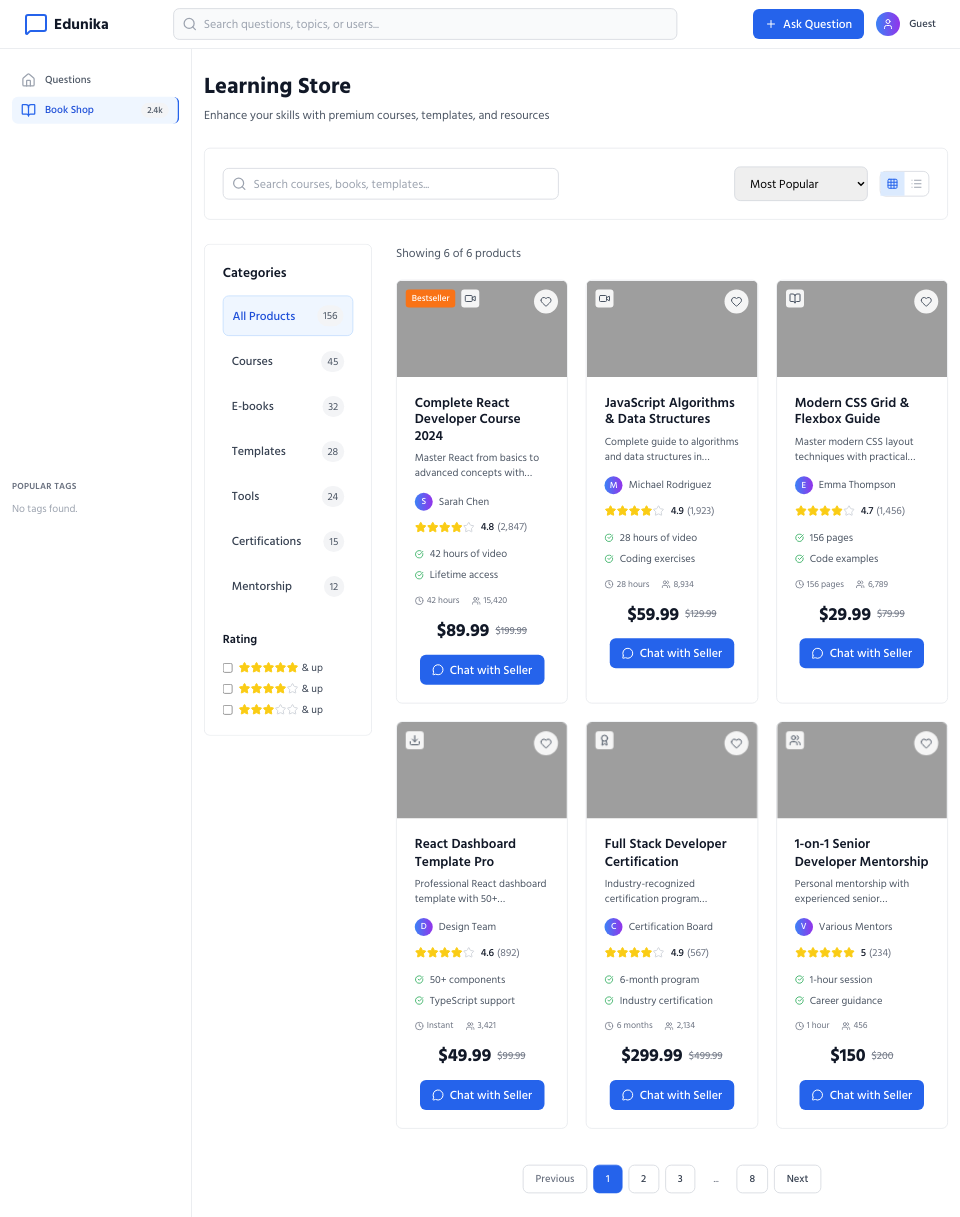
Repository: Ruddro420/forum-front-end
Page: /shop
These files come from the project's save history. The page is drawn as it stood at one moment and after the next save; the edit follows.
The browser window is 1280 px wide. The pictures show the whole page, at 75% of full size.
Pictures or frames that could not be fetched are drawn as grey boxes. The page's requests for data from a server got no answer. The project was rebuilt for these pictures with package versions that can differ from the ones it lists, and the page was loaded fresh each time. No one was signed in, and anything a server would have sent is missing. Also part of the build but not shown: vite.config.js, src/Pages/Home.jsx, src/components/FilterBar.jsx, src/components/ActivityFeed.jsx, src/components/StatsWidget.jsx, src/components/Question/QuestionCard.jsx, src/components/Question/QuestionList.jsx, src/Pages/ForumPage.jsx and 11 more.

Above is the page before, as saved 2025-08-08 01:04:32.

### index.html
<!doctype html>
<html lang="en" data-theme="light">

<head>
  <meta charset="UTF-8" />
  <link rel="icon" type="image/svg+xml" href="/vite.svg" />
  <meta name="viewport" content="width=device-width, initial-scale=1.0" />
  <link rel="preconnect" href="https://fonts.googleapis.com">
  <link rel="preconnect" href="https://fonts.gstatic.com" crossorigin>
  <link href="https://fonts.googleapis.com/css2?family=Hind+Siliguri:wght@300;400;500;600;700&display=swap"
    rel="stylesheet">
  <style>
    body {
      font-family: "Hind Siliguri", sans-serif !important;
    }
  </style>
  <title>Edunika</title>
</head>

<body>
  <div id="root"></div>
  <script type="module" src="/src/main.jsx"></script>
</body>

</html>

### src/main.jsx
import { StrictMode } from 'react'
import { createRoot } from 'react-dom/client'
import './index.css'
import { createBrowserRouter, RouterProvider } from "react-router";
import MainLayout from './Layouts/MainLayout';
import Home from './Pages/Home';
import ForumPage from './Pages/ForumPage';
import AskQuestion from './Pages/AskQuestion';
import ShopPage from './Pages/ShopPage';
import QuestionDetail from './Pages/QuestionDetail';
import ChatInterface from './Pages/ChatInterface';
import StudentProfile from './Pages/StudentProfile';
import StudentDashboard from './Pages/StudentDashboard';
import Register from './Pages/Register';
import Login from './Pages/Login';
import PrivateRoute from './Auth/PrivateRoute';
import { AuthProvider } from './Auth/context/AuthContext';
import Categories from './Pages/Categories';

const router = createBrowserRouter([
  {
    path: "",
    element: <MainLayout />,
    children: [
      { path: "/", element: <ForumPage /> },
      { path: "/questions", element: <ForumPage /> },
      { path: "/shop", element: <ShopPage /> },
      { path: "/category/:id", element: <Categories /> },
    ]
  },
  {
    path: "",
    element: <PrivateRoute><MainLayout /></PrivateRoute>,
    children: [
      { path: "/ask-question", element: <AskQuestion /> },
      { path: "/question-detail/:id", element: <QuestionDetail /> },
      { path: "/chat/", element: <ChatInterface /> },
      { path: "/profile", element: <StudentProfile /> },
      { path: "/dashboard", element: <StudentDashboard /> },

    ]
  },
  { path: "/register", element: <Register /> },
  { path: "/login", element: <Login /> }
]);

createRoot(document.getElementById('root')).render(
  <StrictMode>
    <AuthProvider>
      <RouterProvider router={router} />
    </AuthProvider>
  </StrictMode>,
)

### src/index.css
@tailwind base;
@tailwind components;
@tailwind utilities;
/* @import url('https://fonts.googleapis.com/css2?family=Hind+Siliguri:wght@300;400;500;600;700&display=swap'); */






/* :root {
  font-family: system-ui, Avenir, Helvetica, Arial, sans-serif;
  line-height: 1.5;
  font-weight: 400;

  color-scheme: light dark;
  color: rgba(255, 255, 255, 0.87);
  background-color: #242424;

  font-synthesis: none;
  text-rendering: optimizeLegibility;
  -webkit-font-smoothing: antialiased;
  -moz-osx-font-smoothing: grayscale;
}

@media (prefers-color-scheme: light) {
  :root {
    color: #213547;
    background-color: #ffffff;
  }
  a:hover {
    color: #747bff;
  }
  button {
    background-color: #f9f9f9;
  }
}
 */

### src/Layouts/MainLayout.jsx
import { useState } from "react";
import Header from "./Header";
import { Outlet } from "react-router";
import Sidebar from "./Sidebar";
import { Toaster } from "react-hot-toast";
import ScrollToTop from "../components/ScrollToTop";
import { useAuth } from "../Auth/context/AuthContext";


const MainLayout = () => {
  const [isSidebarOpen, setIsSidebarOpen] = useState(false);
  const { user, logout } = useAuth();

  return (
    <>
      <ScrollToTop />
      {/* {user ? (
        <>
          <span className="text-gray-700">Hi, {user.name}</span>
          <button
            onClick={logout}
            className="bg-red-500 text-white px-3 py-1 rounded hover:bg-red-600"
          >
            Logout
          </button>
        </>
      ) : (
        <a href="/login" className="text-blue-600">Login</a>
      )} */}
      <Header
        onMenuToggle={() => setIsSidebarOpen(!isSidebarOpen)}
        isMenuOpen={isSidebarOpen}
      />
      <div className="flex">
        <Sidebar
          isOpen={isSidebarOpen}
          onClose={() => setIsSidebarOpen(false)}
        />
        <main className="flex-1 lg:ml-0">
          <Outlet />
        </main>
      </div>
      <Toaster position='top-center' />
    </>
  );
};

export default MainLayout;

### src/Pages/ShopPage.jsx
import { useState } from 'react';
import {
  MessageCircle,
  Star,
  Search,
  Grid,
  List,
  Heart,
  Award,
  BookOpen,
  Video,
  Download,
  Clock,
  Users,
  CheckCircle
} from 'lucide-react';
import productlist from '../../public/data/productList.json'
import { useNavigate } from 'react-router';

const ShopPage = () => {
  const [viewMode, setViewMode] = useState('grid'); // Removed TS type
  const [selectedCategory, setSelectedCategory] = useState('all');
  const [sortBy, setSortBy] = useState('popular');

  const navigate = useNavigate();

  /* fetch data from json */
  const categories = productlist?.categories;
  const products = productlist?.products;

  const filteredProducts = products.filter(product =>
    selectedCategory === 'all' || product.category === selectedCategory
  );

  const getProductIcon = (type) => {
    switch (type) {
      case 'course': return Video;
      case 'ebook': return BookOpen;
      case 'template': return Download;
      case 'certification': return Award;
      case 'mentorship': return Users;
      default: return BookOpen;
    }
  };

  return (
    <div className=" mx-auto px-4 py-8">
      {/* Header */}
      <div className="mb-8">
        <h1 className="text-3xl font-bold text-gray-900 mb-2">Learning Store</h1>
        <p className="text-gray-600">Enhance your skills with premium courses, templates, and resources</p>
      </div>

      {/* Filters */}
      <div className="bg-white rounded-lg border border-gray-200 p-6 mb-8">
        <div className="flex flex-col lg:flex-row lg:items-center lg:justify-between space-y-4 lg:space-y-0">
          {/* Search */}
          <div className="flex-1 max-w-md">
            <div className="relative">
              <Search className="h-5 w-5 absolute left-3 top-1/2 transform -translate-y-1/2 text-gray-400" />
              <input
                type="text"
                placeholder="Search courses, books, templates..."
                className="w-full pl-10 pr-4 py-2 border border-gray-300 rounded-lg focus:outline-none focus:ring-2 focus:ring-blue-500"
              />
            </div>
          </div>

          {/* Controls */}
          <div className="flex items-center space-x-4">
            <select
              value={sortBy}
              onChange={(e) => setSortBy(e.target.value)}
              className="px-4 py-2 border border-gray-300 rounded-lg focus:outline-none focus:ring-2 focus:ring-blue-500"
            >
              <option value="popular">Most Popular</option>
              <option value="newest">Newest</option>
              <option value="price-low">Price: Low to High</option>
              <option value="price-high">Price: High to Low</option>
              <option value="rating">Highest Rated</option>
            </select>

            <div className="flex border border-gray-300 rounded-lg">
              <button
                onClick={() => setViewMode('grid')}
                className={`p-2 ${viewMode === 'grid' ? 'bg-blue-100 text-blue-600' : 'text-gray-400'}`}
              >
                <Grid className="h-4 w-4" />
              </button>
              <button
                onClick={() => setViewMode('list')}
                className={`p-2 ${viewMode === 'list' ? 'bg-blue-100 text-blue-600' : 'text-gray-400'}`}
              >
                <List className="h-4 w-4" />
              </button>
            </div>
          </div>
        </div>
      </div>

      <div className="grid grid-cols-1 lg:grid-cols-4 gap-8">
        {/* Sidebar */}
        <div className="lg:col-span-1">
          <div className="bg-white rounded-lg border border-gray-200 p-6 sticky top-8">
            <h3 className="text-lg font-semibold text-gray-900 mb-4">Categories</h3>
            <div className="space-y-2">
              {categories.map((category) => (
                <button
                  key={category.id}
                  onClick={() => setSelectedCategory(category.id)}
                  className={`w-full flex items-center justify-between p-3 rounded-lg text-left transition-colors ${selectedCategory === category.id
                      ? 'bg-blue-50 text-blue-700 border border-blue-200'
                      : 'hover:bg-gray-50 text-gray-700'
                    }`}
                >
                  <span className="font-medium">{category.name}</span>
                  <span className="text-sm bg-gray-100 text-gray-600 px-2 py-1 rounded-full">
                    {category.count}
                  </span>
                </button>
              ))}
            </div>



            {/* Rating Filter */}
            <div className="mt-8">
              <h4 className="font-semibold text-gray-900 mb-4">Rating</h4>
              <div className="space-y-2">
                {[5, 4, 3].map((rating) => (
                  <label key={rating} className="flex items-center">
                    <input type="checkbox" className="rounded border-gray-300 text-blue-600 focus:ring-blue-500" />
                    <div className="ml-2 flex items-center">
                      {[...Array(5)].map((_, i) => (
                        <Star
                          key={i}
                          className={`h-4 w-4 ${i < rating ? 'text-yellow-400 fill-current' : 'text-gray-300'}`}
                        />
                      ))}
                      <span className="ml-1 text-sm text-gray-700">& up</span>
                    </div>
                  </label>
                ))}
              </div>
            </div>
          </div>
        </div>

        {/* Products */}
        <div className="lg:col-span-3">
          <div className="mb-6 flex items-center justify-between">
            <p className="text-gray-600">
              Showing {filteredProducts.length} of {products.length} products
            </p>
          </div>

          <div className={viewMode === 'grid' ? 'grid grid-cols-1 md:grid-cols-2 xl:grid-cols-3 gap-6' : 'space-y-6'}>
            {filteredProducts.map((product) => {
              const ProductIcon = getProductIcon(product.type);

              return (
                <div key={product.id} className={`bg-white rounded-lg border border-gray-200 overflow-hidden hover:shadow-lg transition-shadow ${viewMode === 'list' ? 'flex' : ''
                  }`}>
                  {/* Image */}
                  <div className={`relative ${viewMode === 'list' ? 'w-48 flex-shrink-0' : 'aspect-video'}`}>
                    <img
                      src={product.image}
                      alt={product.title}
                      className="w-full h-full object-cover"
                    />
                    <div className="absolute top-3 left-3 flex space-x-2">
                      {product.bestseller && (
                        <span className="bg-orange-500 text-white px-2 py-1 rounded text-xs font-medium">
                          Bestseller
                        </span>
                      )}
                      <div className="bg-white bg-opacity-90 p-1 rounded">
                        <ProductIcon className="h-4 w-4 text-gray-600" />
                      </div>
                    </div>
                    <button className="absolute top-3 right-3 p-2 bg-white bg-opacity-90 rounded-full hover:bg-white transition-colors">
                      <Heart className="h-4 w-4 text-gray-600" />
                    </button>
                  </div>

                  {/* Content */}
                  <div className="p-6 flex-1">
                    <div className="flex items-start justify-between mb-2">
                      <h3 className="font-semibold text-gray-900 text-lg leading-tight">
                        {product.title}
                      </h3>
                    </div>

                    <p className="text-gray-600 text-sm mb-4 line-clamp-2">
                      {product.description}
                    </p>

                    {/* Instructor */}
                    <div className="flex items-center mb-3">
                      <div className="w-6 h-6 rounded-full bg-gradient-to-r from-blue-500 to-purple-600 flex items-center justify-center text-white text-xs font-medium">
                        {product.instructor?.name?.charAt(0)}
                      </div>
                      <span className="ml-2 text-sm text-gray-600">{product?.instructor?.name}</span>
                    </div>

                    {/* Rating */}
                    <div className="flex items-center mb-4">
                      <div className="flex items-center">
                        {[...Array(5)].map((_, i) => (
                          <Star
                            key={i}
                            className={`h-4 w-4 ${i < Math.floor(product.rating) ? 'text-yellow-400 fill-current' : 'text-gray-300'}`}
                          />
                        ))}
                      </div>
                      <span className="ml-2 text-sm font-medium text-gray-900">{product.rating}</span>
                      <span className="ml-1 text-sm text-gray-500">({product.reviews.toLocaleString()})</span>
                    </div>

                    {/* Features */}
                    <div className="space-y-2 mb-4">
                      {product.features.slice(0, 2).map((feature, index) => (
                        <div key={index} className="flex items-center text-sm text-gray-600">
                          <CheckCircle className="h-3 w-3 text-green-600 mr-2" />
                          {feature}
                        </div>
                      ))}
                    </div>

                    {/* Meta Info */}
                    <div className="flex items-center space-x-4 text-xs text-gray-500 mb-4">
                      <div className="flex items-center">
                        <Clock className="h-3 w-3 mr-1" />
                        {product.duration}
                      </div>
                      <div className="flex items-center">
                        <Users className="h-3 w-3 mr-1" />
                        {product.students.toLocaleString()}
                      </div>
                    </div>

                    {/* Price & Action */}
                    <div className="flex flex-col gap-4 items-center justify-between">
                      <div className="flex items-center space-x-2">
                        <span className="text-2xl font-bold text-gray-900">${product.price}</span>
                        {product.originalPrice > product.price && (
                          <span className="text-sm text-gray-500 line-through">${product.originalPrice}</span>
                        )}
                      </div>
                      <button onClick={() => navigate(`/chat/?seller=${product?.instructor?.id}`)} className="bg-blue-600 hover:bg-blue-700 text-white px-4 py-2 rounded-lg font-medium transition-colors flex items-center">
                        <MessageCircle className="h-4 w-4 mr-2" />
                        Chat with Seller
                      </button>
                    </div>
                  </div>
                </div>
              );
            })}
          </div>

          {/* Pagination */}
          <div className="mt-12 flex items-center justify-center space-x-2">
            <button className="px-4 py-2 text-sm font-medium text-gray-500 bg-white border border-gray-300 rounded-lg hover:bg-gray-50">
              Previous
            </button>
            <button className="px-4 py-2 text-sm font-medium text-white bg-blue-600 border border-blue-600 rounded-lg">
              1
            </button>
            <button className="px-4 py-2 text-sm font-medium text-gray-700 bg-white border border-gray-300 rounded-lg hover:bg-gray-50">
              2
            </button>
            <button className="px-4 py-2 text-sm font-medium text-gray-700 bg-white border border-gray-300 rounded-lg hover:bg-gray-50">
              3
            </button>
            <span className="px-4 py-2 text-sm text-gray-500">...</span>
            <button className="px-4 py-2 text-sm font-medium text-gray-700 bg-white border border-gray-300 rounded-lg hover:bg-gray-50">
              8
            </button>
            <button className="px-4 py-2 text-sm font-medium text-gray-700 bg-white border border-gray-300 rounded-lg hover:bg-gray-50">
              Next
            </button>
          </div>
        </div>
      </div>
    </div>
  );
};

export default ShopPage;

### src/Layouts/Header.jsx
import React, { useState } from 'react';
import { Search, Bell, MessageSquare, User, Menu, X, Plus } from 'lucide-react';
import { useNavigate } from 'react-router';
import { useAuth } from '../Auth/context/AuthContext';

const Header = ({ onMenuToggle, isMenuOpen }) => {
  const [isSearchFocused, setIsSearchFocused] = useState(false);
  const navigate = useNavigate();
  // load users
  const {user} = useAuth();
  // console.log(user);


  return (
    <header className="bg-white border-b border-gray-200 sticky top-0 z-[999]">
      <div className=" mx-auto px-4 sm:px-6 lg:px-8">
        <div className="flex justify-between items-center h-16">
          {/* Logo and Mobile Menu */}
          <div className="flex items-center">
            <button
              onClick={onMenuToggle}
              className="lg:hidden p-2 rounded-md text-gray-400 hover:text-gray-500 hover:bg-gray-100 transition-colors"
            >
              {isMenuOpen ? <X className="h-6 w-6" /> : <Menu className="h-6 w-6" />}
            </button>
            <div className="flex items-center ml-2 lg:ml-0">
              <MessageSquare className="h-8 w-8 text-blue-600" />
              <span className="ml-2 text-xl font-bold text-gray-900">Edunika</span>
            </div>
          </div>

          {/* Search Bar */}
          <div className="flex-1 max-w-2xl mx-8 hidden md:block">
            <div className="relative">
              <div className="absolute inset-y-0 left-0 pl-3 flex items-center pointer-events-none">
                <Search className={`h-5 w-5 transition-colors ${isSearchFocused ? 'text-blue-500' : 'text-gray-400'}`} />
              </div>
              <input
                type="text"
                placeholder="Search questions, topics, or users..."
                className="block w-full pl-10 pr-4 py-2 border border-gray-300 rounded-lg bg-gray-50 focus:outline-none focus:ring-2 focus:ring-blue-500 focus:border-transparent focus:bg-white transition-all"
                onFocus={() => setIsSearchFocused(true)}
                onBlur={() => setIsSearchFocused(false)}
              />
            </div>
          </div>

          {/* Actions */}
          <div className="flex items-center space-x-4">
            <button className="md:hidden p-2 text-gray-400 hover:text-gray-500">
              <Search className="h-5 w-5" />
            </button>

            <button onClick={()=>navigate("/ask-question")} className="bg-blue-600 hover:bg-blue-700 text-white px-4 py-2 rounded-lg font-medium transition-colors flex items-center">
              <Plus className="h-4 w-4 mr-2" />
              <span className="hidden sm:inline">Ask Question</span>
            </button>

            {/* <button className="p-2 text-gray-400 hover:text-gray-500 relative">
              <Bell className="h-5 w-5" />
              <span className="absolute -top-1 -right-1 h-4 w-4 bg-red-500 rounded-full text-xs text-white flex items-center justify-center">3</span>
            </button> */}

            <div onClick={()=>navigate("/profile")} className="flex items-center space-x-3 cursor-pointer">
              <div className="w-8 h-8 bg-gradient-to-r from-blue-500 to-purple-600 rounded-full flex items-center justify-center">
                <User className="h-4 w-4 text-white" />
              </div>
              <span className="hidden sm:block text-sm font-medium text-gray-700">{user?.first_name ? user?.first_name : 'Guest'}</span>
            </div>
          </div>
        </div>
      </div>
    </header>
  );
};

export default Header;

### src/components/ScrollToTop.jsx
import { useEffect } from 'react';
import { useLocation } from 'react-router';

const ScrollToTop = () => {
  const { pathname } = useLocation();

  useEffect(() => {
    window.scrollTo({
      top: 0,
      behavior: 'smooth', // or 'auto' if you want instant scroll
    });
  }, [pathname]);

  return null;
};

export default ScrollToTop;

Loaded but not shown: tailwind.config.js (common file); public/data/productList.json (192 lines, source omitted); src/Auth/context/AuthContext.jsx (178 lines, source omitted); src/Layouts/Sidebar.jsx (138 lines, source omitted)

After the next save:
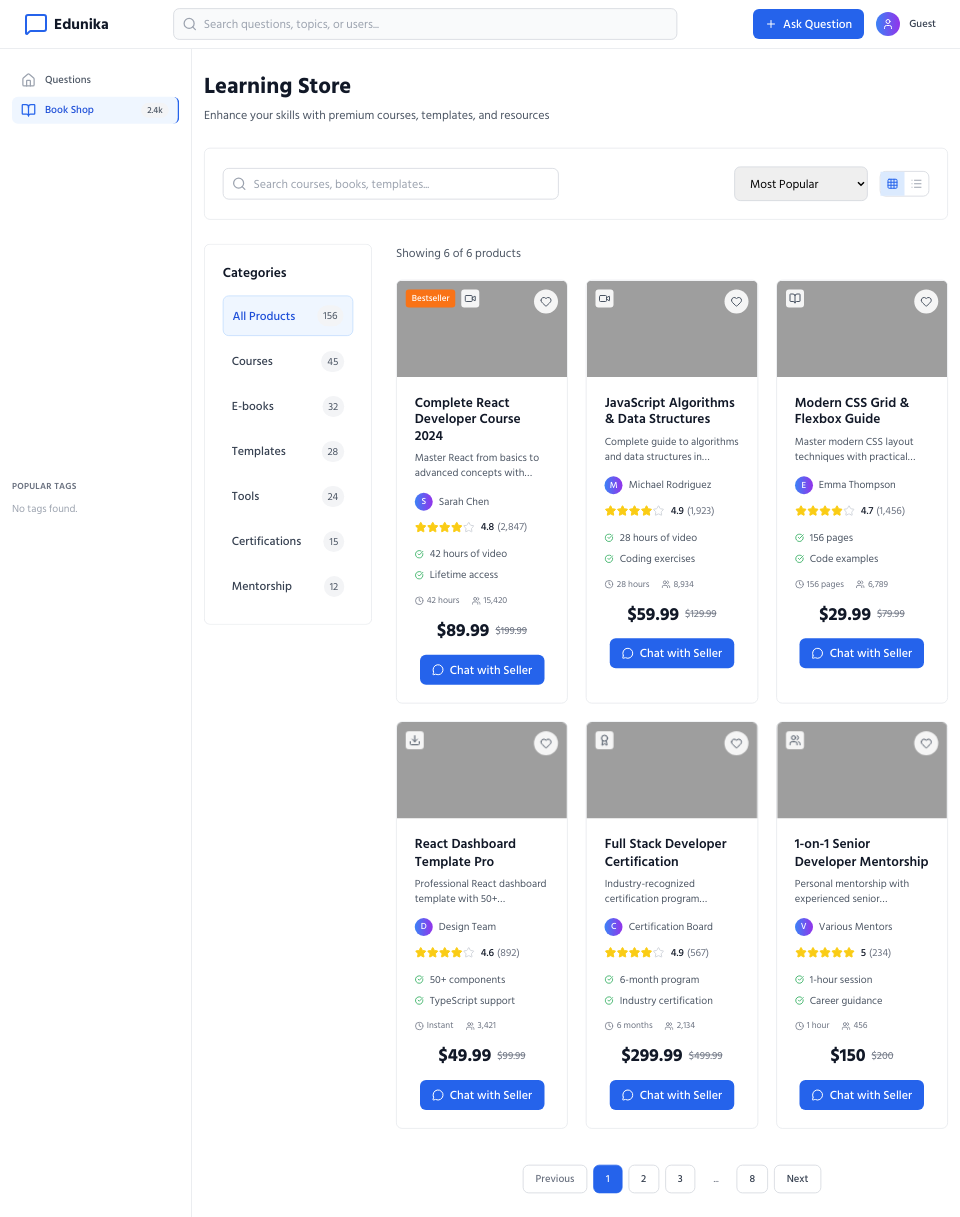
Saved 7 s later.
--- a/src/Pages/ShopPage.jsx
+++ b/src/Pages/ShopPage.jsx
@@ -120,29 +120,6 @@ const ShopPage = () => {
                 </button>
               ))}
             </div>
-
-
-
-            {/* Rating Filter */}
-            <div className="mt-8">
-              <h4 className="font-semibold text-gray-900 mb-4">Rating</h4>
-              <div className="space-y-2">
-                {[5, 4, 3].map((rating) => (
-                  <label key={rating} className="flex items-center">
-                    <input type="checkbox" className="rounded border-gray-300 text-blue-600 focus:ring-blue-500" />
-                    <div className="ml-2 flex items-center">
-                      {[...Array(5)].map((_, i) => (
-                        <Star
-                          key={i}
-                          className={`h-4 w-4 ${i < rating ? 'text-yellow-400 fill-current' : 'text-gray-300'}`}
-                        />
-                      ))}
-                      <span className="ml-1 text-sm text-gray-700">& up</span>
-                    </div>
-                  </label>
-                ))}
-              </div>
-            </div>
           </div>
         </div>
 
